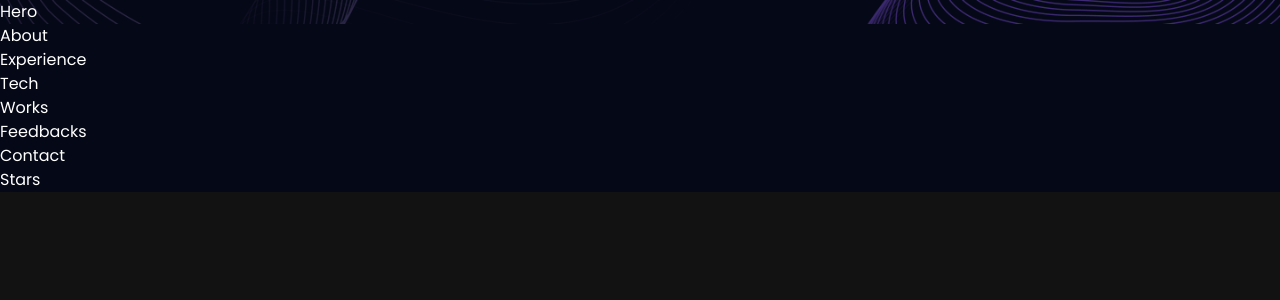
Repository: david-vizena/3d-portfolio
Page: /
These files come from the project's save history. The page is drawn as it stood at one moment and after the next save; the edit follows.
The browser window is 1280 px wide. The pictures show the whole page.
The project was rebuilt for these pictures with package versions that can differ from the ones it lists, and the page was loaded fresh each time. Also part of the build but not shown: vite.config.js, src/components/canvas/Earth.jsx, src/components/canvas/Ball.jsx, src/components/canvas/Computers.jsx.

Above is the page before, as saved 2023-03-30 12:47:43.

After the next save:
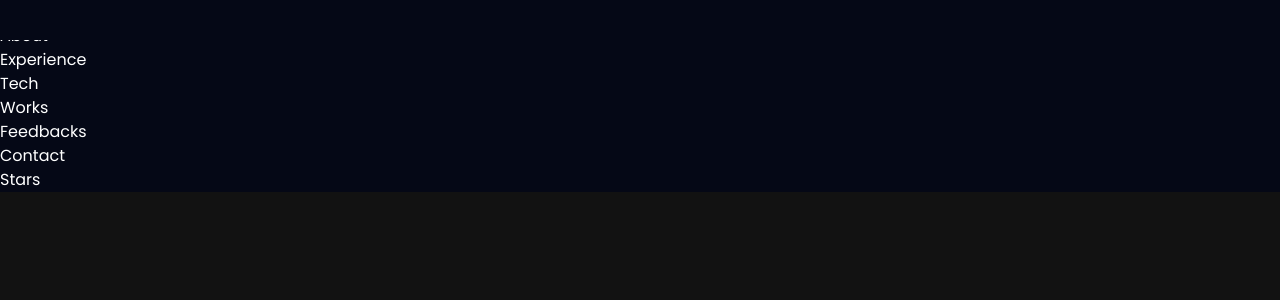
Saved 9 min 30 s later.
--- a/src/components/Navbar.jsx
+++ b/src/components/Navbar.jsx
@@ -6,8 +6,10 @@
 import { logo, menu, close } from '../assets';
 
 const Navbar = () => {
-	return;
-	<nav className={``}></nav>;
+	return (
+		<nav
+			className={`${styles.paddingX} w-full flex items-center py-5 fixed top-0 z-20 bg-primary`}></nav>
+	);
 };
 
 export default Navbar;
